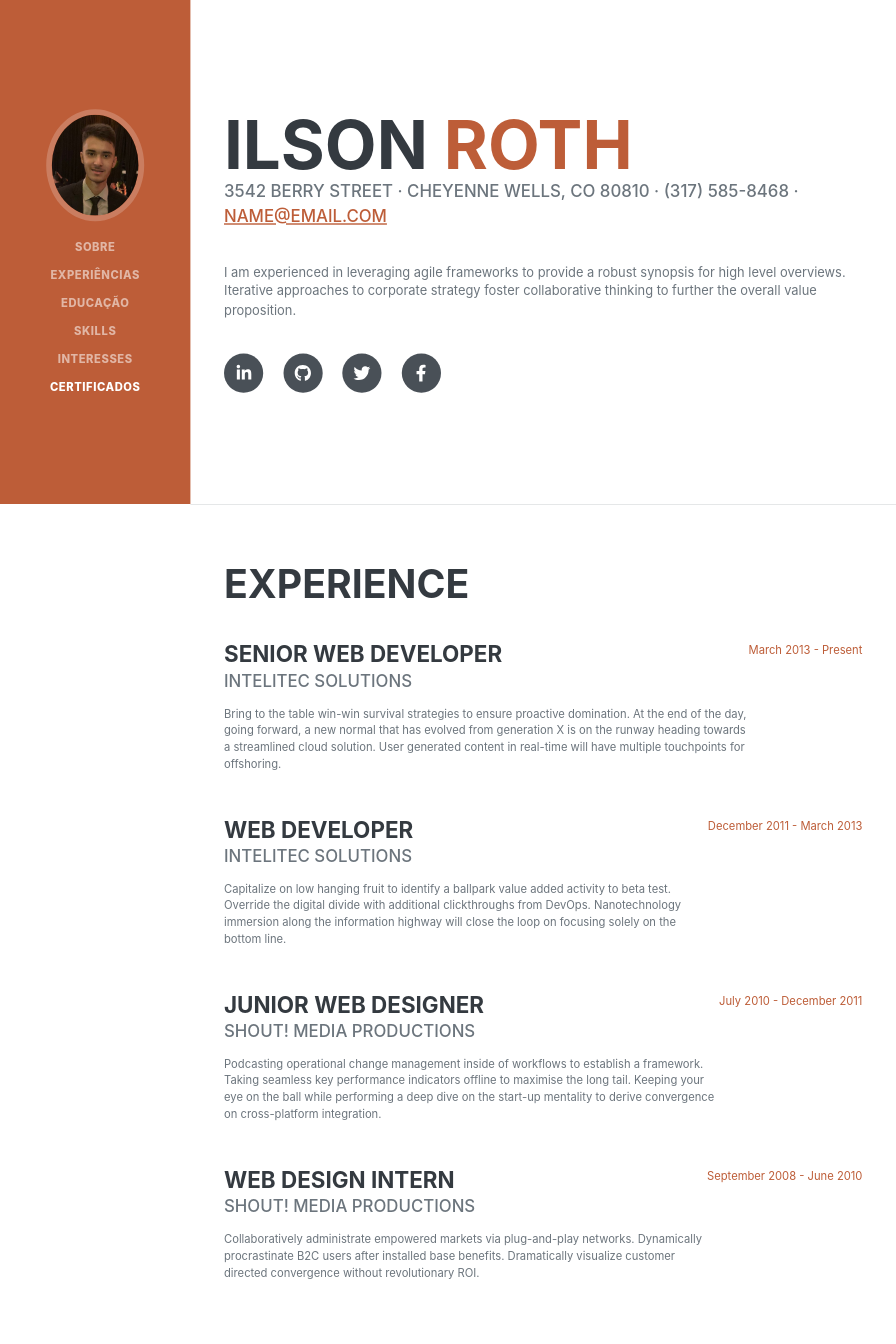
Repository: JuniorRoth/Curriculo-Web
Page: public/index.html
An editor plug-in stored every save of this project. The page is shown before and after the next save, followed by the edit.
The browser window is 1280 px wide. The pictures show the part of the page from y = 0 to 1920 px (the page is 4810 px tall), at 70% of full size.
Some web fonts or font styles are not loaded; a fallback is used. Some web libraries are served in a nearby version.

Above is the page before, as saved 2023-02-07 13:57:24.

After the next save:
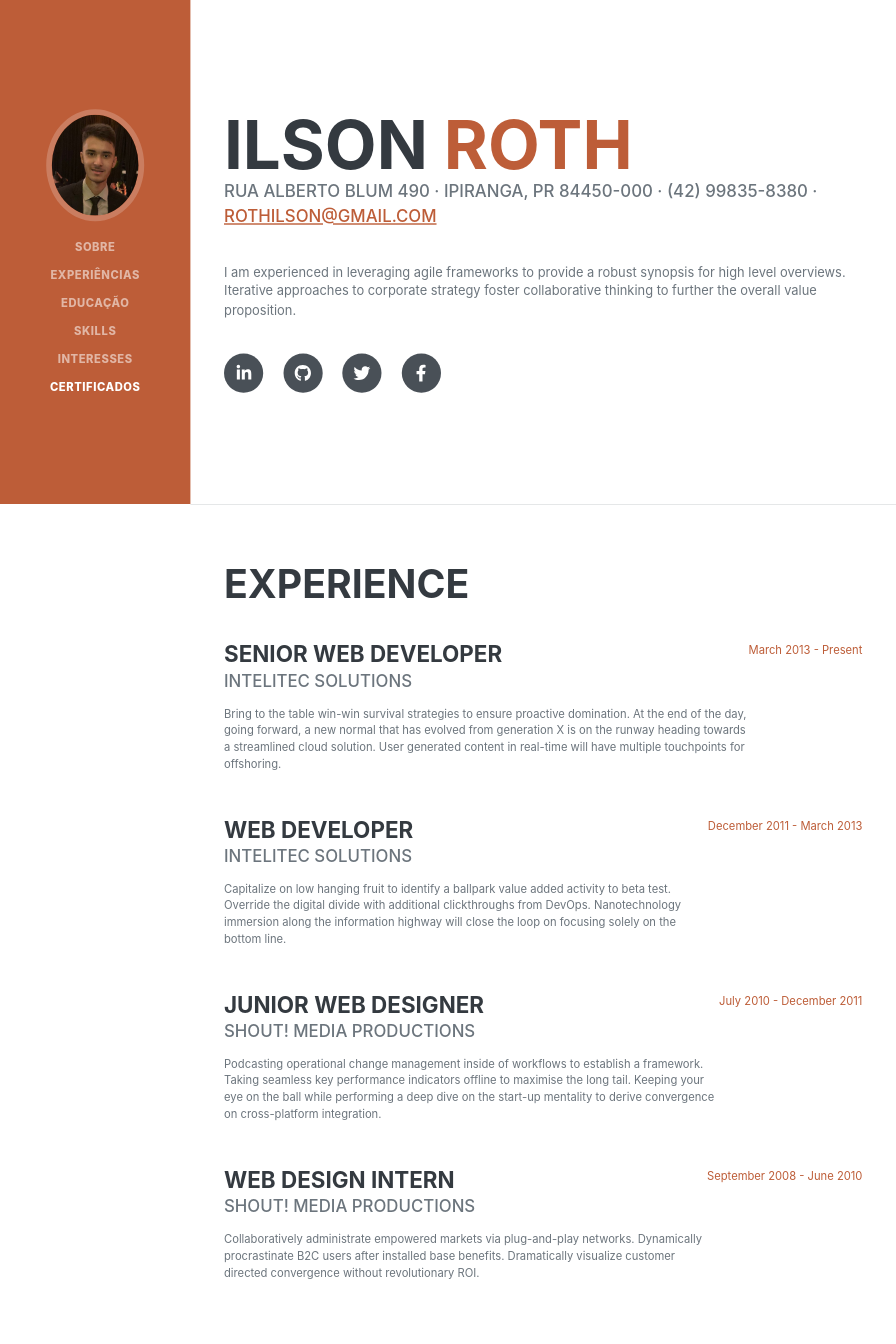
Saved 2 min 30 s later.
--- a/public/index.html
+++ b/public/index.html
@@ -44,8 +44,8 @@
                         <span class="text-primary">Roth</span>
                     </h1>
                     <div class="subheading mb-5">
-                        3542 Berry Street · Cheyenne Wells, CO 80810 · (317) 585-8468 ·
-                        <a href="mailto:name@email.com">name@email.com</a>
+                        Rua Alberto Blum 490 · Ipiranga, PR 84450-000 · (42) 99835-8380 ·
+                        <a href="mailto:rothilson@gmail.com">rothilson@gmail.com</a>
                     </div>
                     <p class="lead mb-5">I am experienced in leveraging agile frameworks to provide a robust synopsis for high level overviews. Iterative approaches to corporate strategy foster collaborative thinking to further the overall value proposition.</p>
                     <div class="social-icons">
